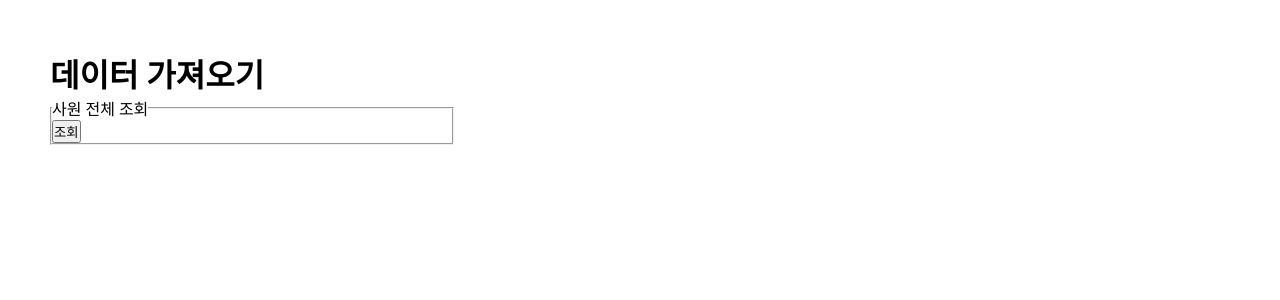
Repository: whdkwhdk90/JAVA
Page: 실습 코드/7. AJAX/UI_JQ_Ajax/WebContent/jq10_ajax.html
These files come from the project's save history. The page is drawn as it stood at one moment and after the next save; the edit follows.
The browser window is 1280 px wide. The pictures show the whole page.
After loading, the first visible `#emp_search` was clicked once.

Above is the page before, as saved 2020-06-22 05:44:52.

After the next save:
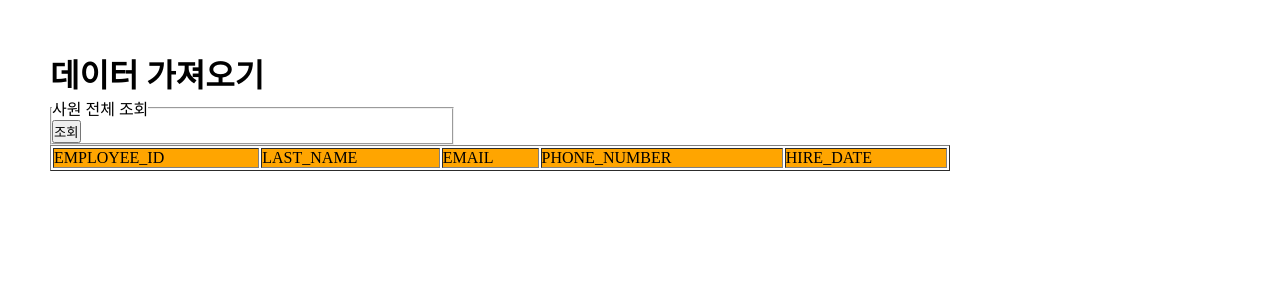
Saved 2 min 26 s later.
--- a/실습 코드/7. AJAX/UI_JQ_Ajax/WebContent/js/create_table.js
+++ b/실습 코드/7. AJAX/UI_JQ_Ajax/WebContent/js/create_table.js
@@ -22,7 +22,7 @@ function makeTable(elem){
 		$table.append($tr);
 	}
 
-
+	return $table;
 
 
 
